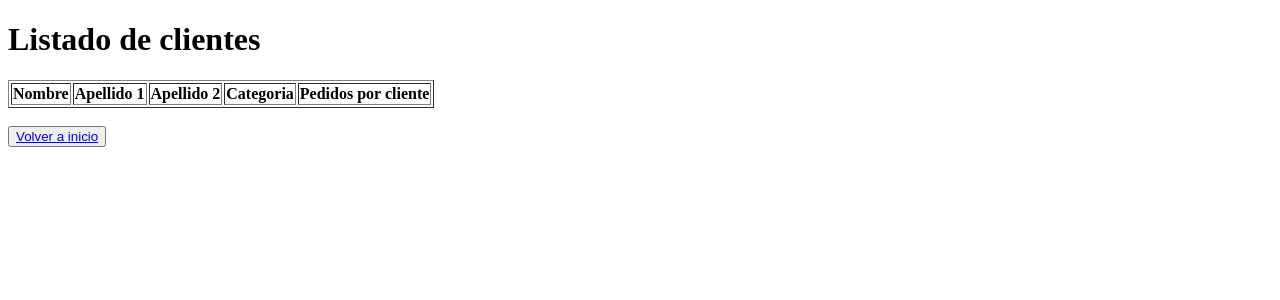
Repository: Umalaia/SpringBoot_Clientes_Pedidos_Comerciales
Page: http://localhost/clientes
These files come from the project's save history. The page is drawn as it stood at one moment and after the next save; the edit follows.
The browser window is 1280 px wide. The pictures show the whole page.
The page is this project's Thymeleaf template; nobody is signed in. The template is opened directly, without the code that normally fills it, so the values that code supplies are empty.

Above is the page before, as saved 2023-12-05 19:10:32.

After the next save:
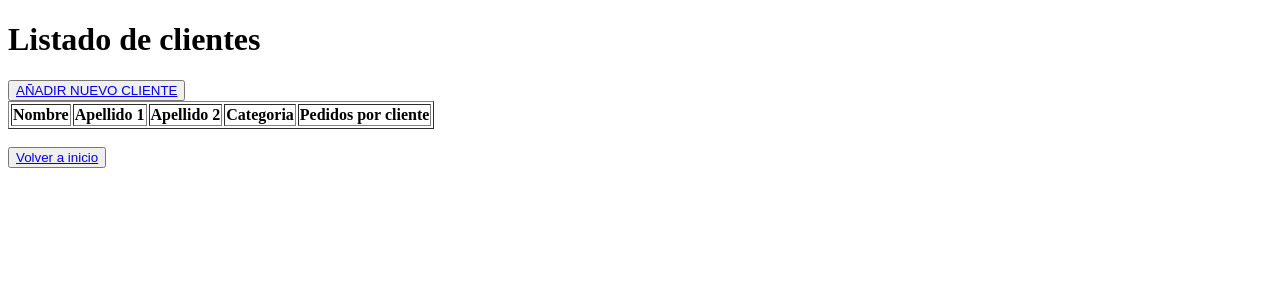
Saved 21 h 28 min later.
--- a/zz_examen_primera_eval/src/main/resources/templates/clientes.html
+++ b/zz_examen_primera_eval/src/main/resources/templates/clientes.html
@@ -6,6 +6,7 @@
 </head>
 <body>
 	<h1>Listado de clientes</h1>
+	<button><a th:href="@{/clientes/alta}">AÑADIR NUEVO CLIENTE</a></button>
 	<table border ="1">
 		<tr>
 			<th>Nombre</th>
